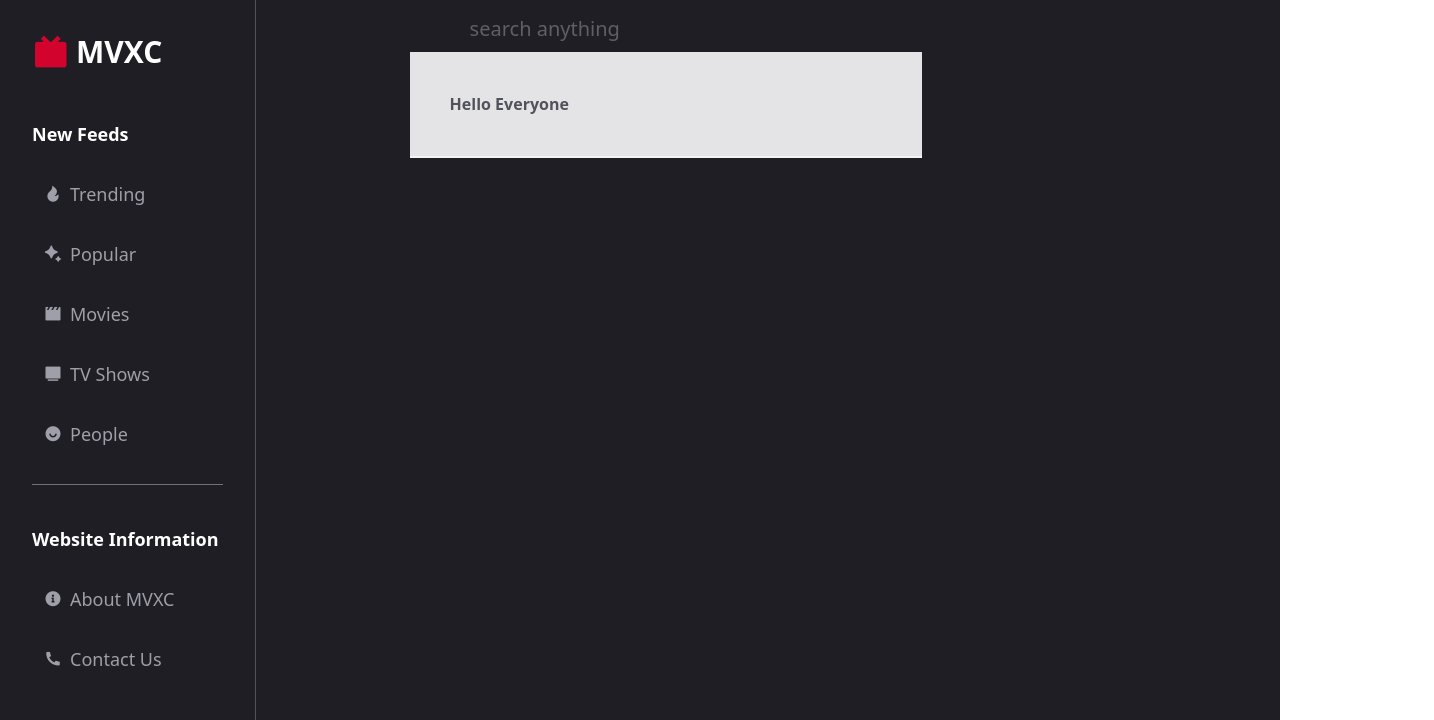
Repository: Csiddharth7906/MovieAppUpdatedVersion
Page: / (app in MVXC-MovieWebApplication/)
The author's editor kept a copy of each file at every save. The page is drawn from the files as they stood at one save, then again after the next save.
The browser window is 1280 px wide. The page is 1434 px wide, so the pictures cover 1434 px, including what lies to the right of the window. The pictures show the whole page.
Some web libraries are served in a nearby version. The project was rebuilt for these pictures with package versions that can differ from the ones it lists, and the page was loaded fresh each time. Also part of the build but not shown: MVXC-MovieWebApplication/vite.config.js.

Above is the page before, as saved 2025-06-17 10:24:43.

### MVXC-MovieWebApplication/index.html
<!doctype html>
<html lang="en">
  <head>
    <meta charset="UTF-8" />
    <link rel="icon" type="image/svg+xml" href="/tv-fill.svg" />
    <meta name="viewport" content="width=device-width, initial-scale=1.0" />
    <title>MVXC | Movie App</title>
    <link
      href="https://cdn.jsdelivr.net/npm/remixicon@4.5.0/fonts/remixicon.css"
      rel="stylesheet"
    />
  </head>
  <body>
    <div id="root"></div>
    <script type="module" src="/src/main.jsx"></script>
  </body>
</html>

### MVXC-MovieWebApplication/src/main.jsx
import { StrictMode } from "react";
import { createRoot } from "react-dom/client";
import "./index.css";
import App from "./App.jsx";
import { BrowserRouter } from "react-router-dom";

createRoot(document.getElementById("root")).render(
  <BrowserRouter>
    <App />
  </BrowserRouter>,
);

### MVXC-MovieWebApplication/src/index.css
@import "tailwindcss";

/* primary - #1F1E24
secondry - #D2042D */

::-webkit-scrollbar {
  width: 7px;
  height: 7px;
}
::-webkit-scrollbar-thumb {
  background-color: #161618;
  border-radius: 40px;
}
::-webkit-scrollbar-thumb {
  background-color: #161618;
  border-radius: 40px;
}

::-webkit-scrollbar-thumb:hover {
  background-color: #6556cd;
  border-radius: 40px;
}

### MVXC-MovieWebApplication/src/App.jsx
import { Route, Routes } from "react-router-dom";
import Home from "./components/Home";

const App = () => {
  return (
    <div className="bg-[#1F1E24] flex w-screen h-screen">
      <Routes>
        <Route path="/" element={<Home />}></Route>
      </Routes>
    </div>
  );
};

export default App;

### MVXC-MovieWebApplication/src/components/Home.jsx
import React from "react";
import Sidenav from "../templates/Sidenav";

import Topnav from "../templates/Topnav";

const Home = () => {
  document.title = "MVXC | HomePage";
  return (
    <>
      <Sidenav />
      <div className="w-[80%] h-full ">
        <Topnav />
      </div>
    </>
  );
};

export default Home;

### MVXC-MovieWebApplication/src/templates/Sidenav.jsx
import React from "react";
import { Link } from "react-router-dom";

const Sidenav = () => {
  return (
    <div className="w-[20%] h-full border-r border-zinc-600 p-8 bg-[#1F1E24]">
      {/* Logo */}
      <h1 className="text-3xl text-white font-bold flex items-center mb-8">
        <i className="text-[#D2042D] ri-tv-fill mr-2 text-4xl"></i>
        MVXC
      </h1>

      {/* New Feeds */}
      <nav className="text-zinc-400 text-lg flex flex-col gap-2">
        <h2 className="text-white font-semibold mt-4 mb-3">New Feeds</h2>
        <Link className="hover:bg-[#D2042D] hover:text-white rounded-md transition duration-200 p-3 flex items-center">
          <i className="mr-2 ri-fire-fill"></i> Trending
        </Link>
        <Link className="hover:bg-[#D2042D] hover:text-white rounded-md transition duration-200 p-3 flex items-center">
          <i className="mr-2 ri-bard-fill"></i> Popular
        </Link>
        <Link className="hover:bg-[#D2042D] hover:text-white rounded-md transition duration-200 p-3 flex items-center">
          <i className="mr-2 ri-clapperboard-fill"></i> Movies
        </Link>
        <Link className="hover:bg-[#D2042D] hover:text-white rounded-md transition duration-200 p-3 flex items-center">
          <i className="mr-2 ri-tv-2-fill"></i> TV Shows
        </Link>
        <Link className="hover:bg-[#D2042D] hover:text-white rounded-md transition duration-200 p-3 flex items-center">
          <i className="mr-2 ri-user-smile-fill"></i> People
        </Link>
      </nav>

      <hr className="border-none h-[1px] bg-zinc-500 my-6" />

      {/* Website Information */}
      <nav className="text-zinc-400 text-lg flex flex-col gap-2">
        <h2 className="text-white font-semibold mt-4 mb-3">
          Website Information
        </h2>
        <Link className="hover:bg-[#D2042D] hover:text-white rounded-md transition duration-200 p-3 flex items-center">
          <i className="mr-2 ri-information-2-fill"></i> About MVXC
        </Link>
        <Link className="hover:bg-[#D2042D] hover:text-white rounded-md transition duration-200 p-3 flex items-center">
          <i className="mr-2 ri-phone-fill"></i> Contact Us
        </Link>
      </nav>
    </div>
  );
};

export default Sidenav;

### MVXC-MovieWebApplication/src/templates/Topnav.jsx
import React, { useState } from "react";
import { Link } from "react-router-dom";

const Topnav = () => {
  const [query, setquery] = useState("");
  console.log(query)
  return (
    <div className="w-full h-[8vh] relative flex justify-start ml-[15%] items-center">
      <i classname="text-zinc-400 text-3xl ri-search-line"></i>
      <input
        onChange={(e)=> setquery(e.target.value)}
        value={query}
        className="w-[50%] p-5 text-xl outline-none border-none bg-transparent text-zinc-400  mx-10"
        type="text"
        placeholder="search anything"
      />
      {query.length >0 &&(

        <i onClick={()=>{setquery("")}} classname="text-zinc-400 text-3xl ri-close-fill"></i>
      )}

      <div className="w-[50%] max-h-[50vh] bg-zinc-200 absolute top-[90%] overflow-auto">
        <Link className="w-[100%] font-semibold hover:text-black hover:bg-zinc-300 duration-300 text-zinc-600  p-10 flex justify-start items-center border-b-2 border-zinc-100">
          <img src="" className="" alt="" />
          <span>Hello Everyone</span>
        </Link>
      </div>
    </div>
  );
};

export default Topnav;

After the next save:
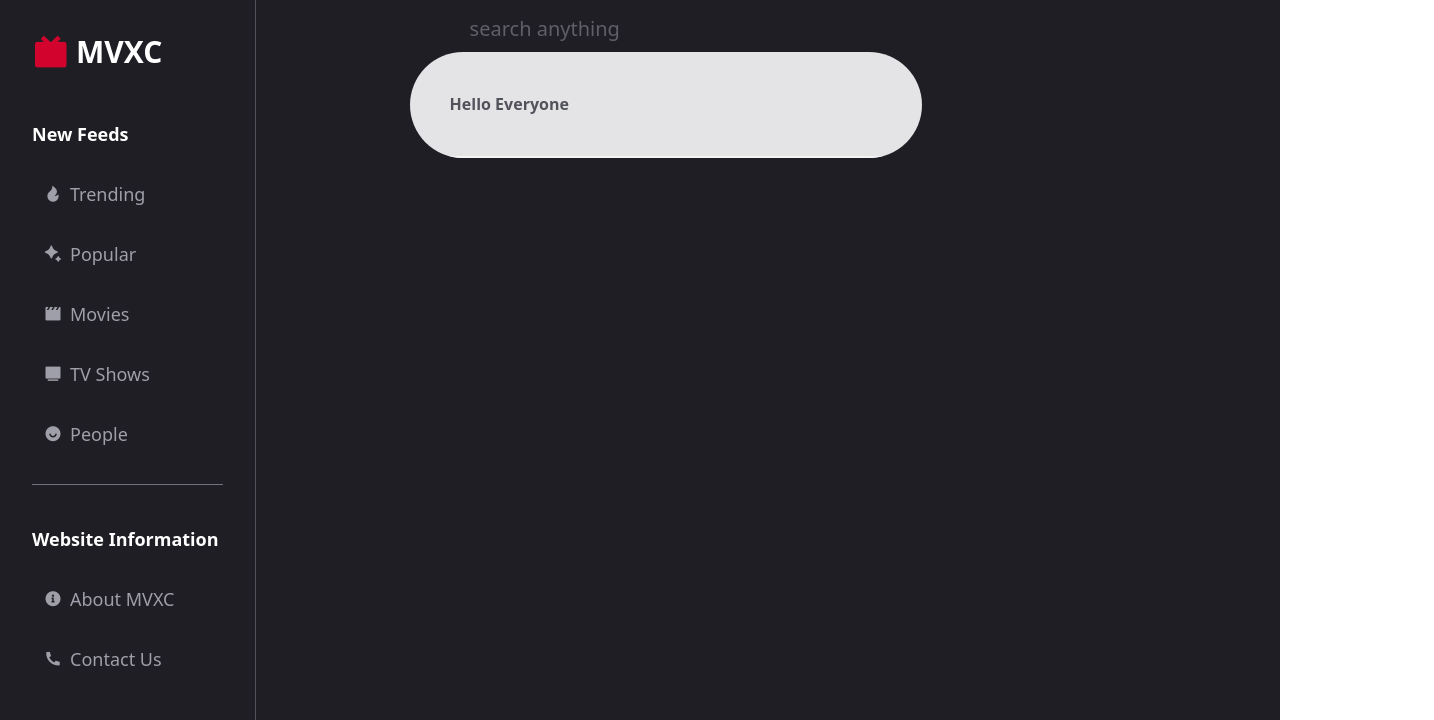
Saved 4 min 5 s later.
--- a/MVXC-MovieWebApplication/src/templates/Topnav.jsx
+++ b/MVXC-MovieWebApplication/src/templates/Topnav.jsx
@@ -19,7 +19,7 @@
         <i onClick={()=>{setquery("")}} classname="text-zinc-400 text-3xl ri-close-fill"></i>
       )}
 
-      <div className="w-[50%] max-h-[50vh] bg-zinc-200 absolute top-[90%] overflow-auto">
+      <div className="w-[50%] max-h-[50vh] bg-zinc-200 absolute top-[90%] overflow-auto rounded-full">
         <Link className="w-[100%] font-semibold hover:text-black hover:bg-zinc-300 duration-300 text-zinc-600  p-10 flex justify-start items-center border-b-2 border-zinc-100">
           <img src="" className="" alt="" />
           <span>Hello Everyone</span>

After the save that followed:
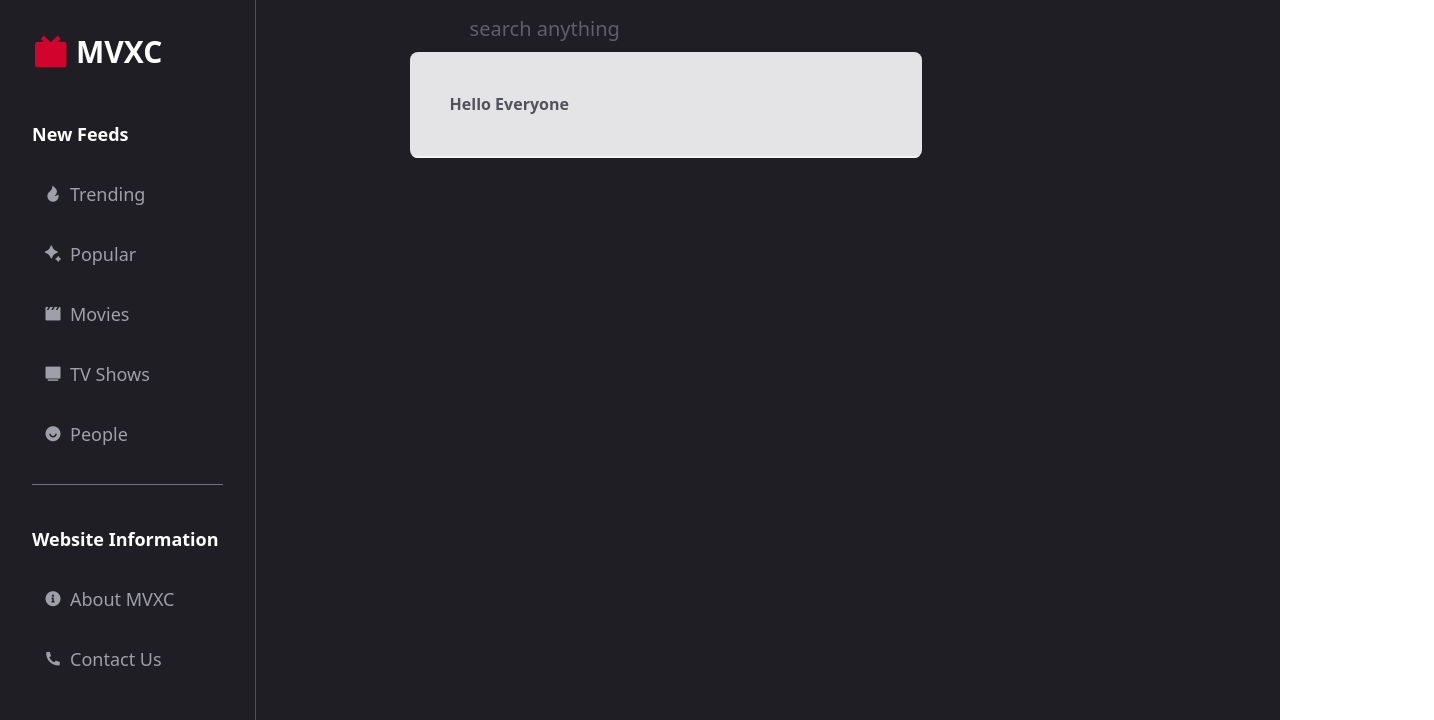
Saved 7 s later.
--- a/MVXC-MovieWebApplication/src/templates/Topnav.jsx
+++ b/MVXC-MovieWebApplication/src/templates/Topnav.jsx
@@ -19,7 +19,7 @@
         <i onClick={()=>{setquery("")}} classname="text-zinc-400 text-3xl ri-close-fill"></i>
       )}
 
-      <div className="w-[50%] max-h-[50vh] bg-zinc-200 absolute top-[90%] overflow-auto rounded-full">
+      <div className="w-[50%] max-h-[50vh] bg-zinc-200 absolute top-[90%] overflow-auto rounded-lg">
         <Link className="w-[100%] font-semibold hover:text-black hover:bg-zinc-300 duration-300 text-zinc-600  p-10 flex justify-start items-center border-b-2 border-zinc-100">
           <img src="" className="" alt="" />
           <span>Hello Everyone</span>
